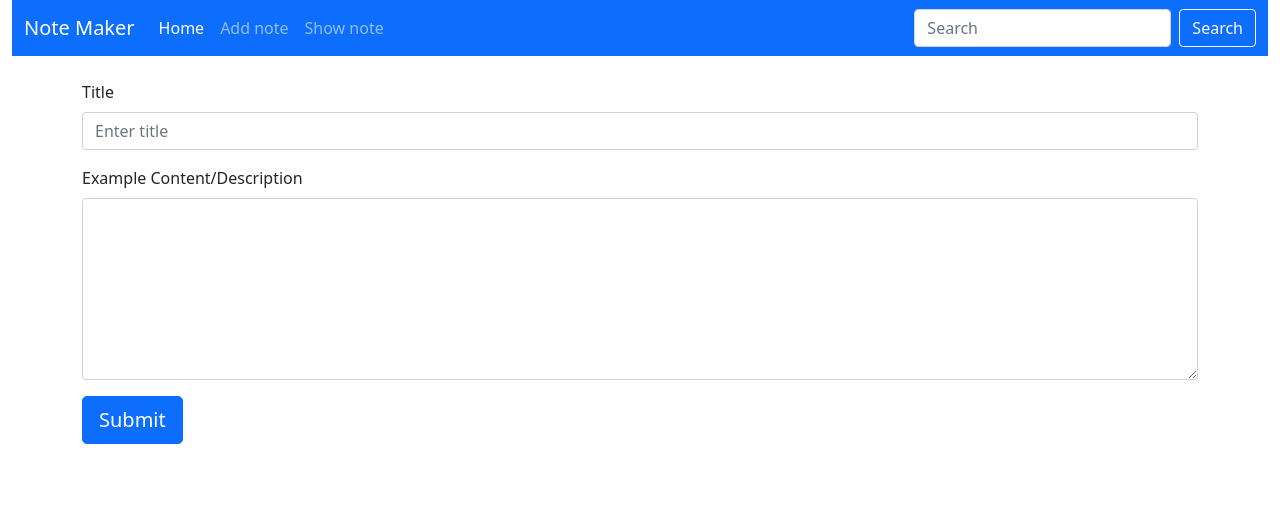
Repository: sachin1830/hibernateproject
Page: http://localhost/com.todolist/add_note.jsp
The author's editor kept a copy of each file at every save. The page is drawn from the files as they stood at one save, then again after the next save.
The browser window is 1280 px wide. The pictures show the whole page.
Some web libraries are served in a nearby version. The page is served by Tomcat 9.

Above is the page before, as saved 2021-01-22 04:25:40.

After the next save:
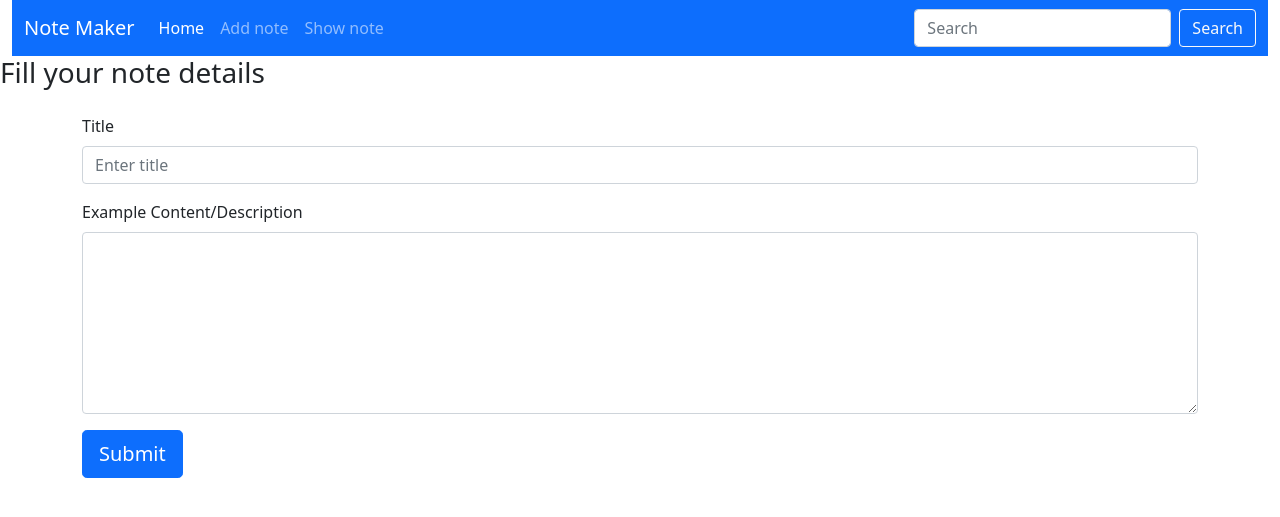
Saved 18 s later.
--- a/com.todolist/src/main/webapp/add_note.jsp
+++ b/com.todolist/src/main/webapp/add_note.jsp
@@ -22,7 +22,7 @@
 
 	</div>
 	<div>
-	<h3></h3>
+	<h3>Fill your note details</h3>
 	</div>
 	<div class="container mt-4">
 		<form>
